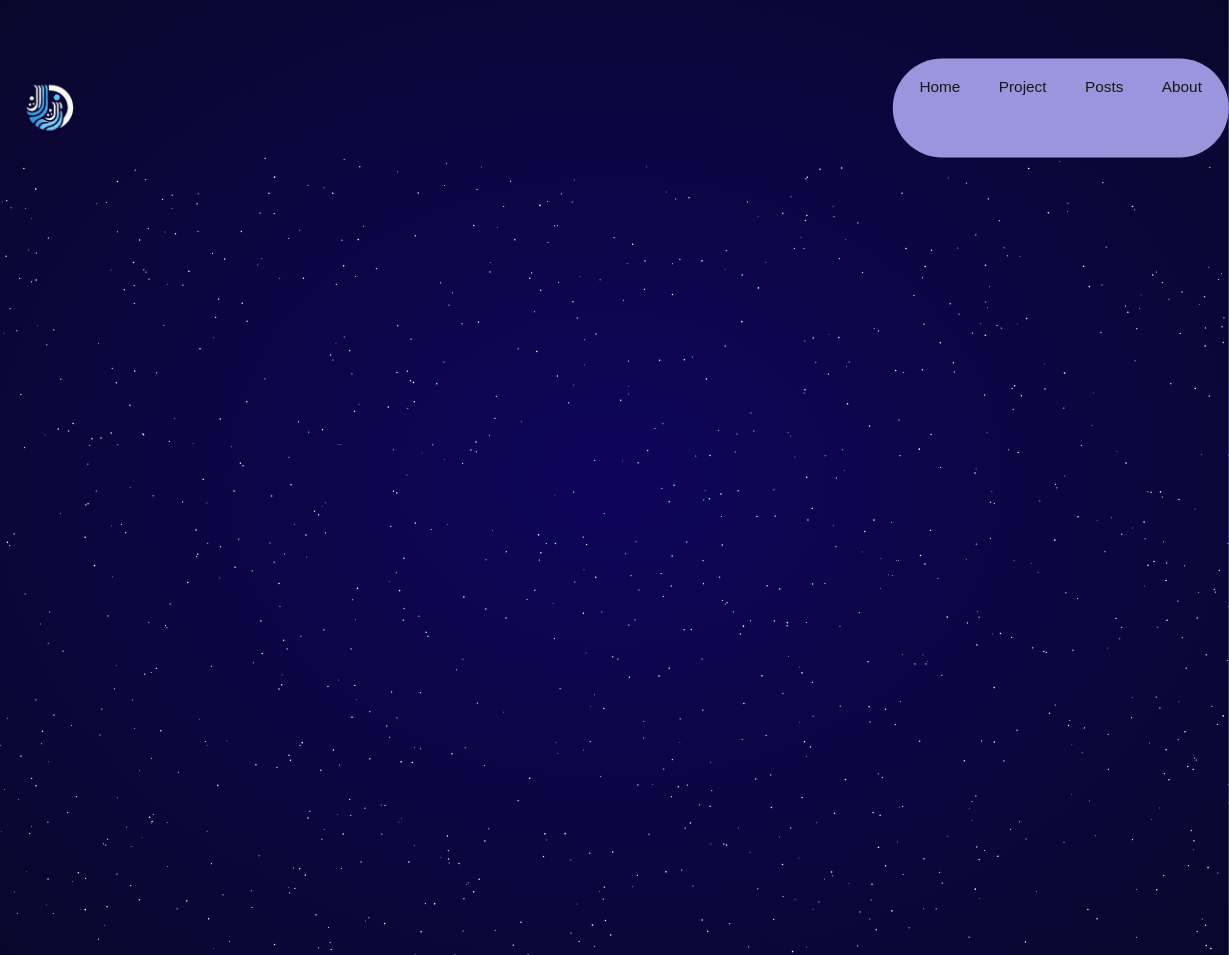
Repository: david-william19/david-william
Page: /
An editor plug-in stored every save of this project. The page is shown before and after a run of saves, followed by the edit.
The browser window is 1280 px wide. The pictures show the whole page, at 96% of full size.
The project was rebuilt for these pictures with package versions that can differ from the ones it lists, and the page was loaded fresh each time. The framework's server and built-in components were replaced by stand-ins that run in the browser. Also part of the build but not shown: next.config.js, next.config.ts, vite.config.ts.

Above is the page before, as saved 2024-10-26 22:49:54.

### src/app/layout.tsx
import type { Metadata } from "next";
import localFont from "next/font/local";
import "./globals.css";
import Image from "next/image";
import NavbarComponent from "@/components/navbar";

const geistSans = localFont({
  src: "./fonts/GeistVF.woff",
  variable: "--font-geist-sans",
  weight: "100 900",
});
const geistMono = localFont({
  src: "./fonts/GeistMonoVF.woff",
  variable: "--font-geist-mono",
  weight: "100 900",
});

export const metadata: Metadata = {
  title: "Create Next App",
  description: "Generated by create next app",
};

export default function RootLayout({
  children,
}: Readonly<{
  children: React.ReactNode;
}>) {
  return (
    <html lang="en">
      <body
        className={`${geistSans.variable} ${geistMono.variable} antialiased`}
      >
        <div className="w-full min-h-screen bg-radial-space">
          <NavbarComponent />
            <Image
                className="w-full"
                src={"/images/stars.svg"}
                alt="stars"
                width={1920}
                height={1080}
            />
            {children}
        </div>
      </body>
    </html>
  );
}

### src/app/(home)/layout.tsx
import type { Metadata } from "next";
import "./globals.css";
import NavbarComponent from "@/components/navbar";
import { Open_Sans } from "next/font/google";
import localFont from "next/font/local";
import ReactQueryProvider from "@/providers/ReactQueryProvider";
import SmoothScrollProvider from "@/providers/SmoothScrollProvider";
import React from "react";

export const metadata: Metadata = {
  title: "David's Portfolio",
  description: "front end developer who loves to code",
};

const openSans = Open_Sans({
  subsets: ['latin'],
  variable: "--font-sans"
})

const thunderFont = localFont({
  src: [
    {
      path: "./fonts/Thunder-ExtraBoldLC.woff",
      weight: "800",
      style: "normal",
    },
    {
      path: "./fonts/Thunder-LC.woff",
      weight: "400",
      style: "normal",
    },
    {
      path: "./fonts/Thunder-LightLC.woff",
      weight: "300",
      style: "normal",
    },
    {
      path: "./fonts/Thunder-MediumLC.woff",
      weight: "500",
      style: "normal",
    },
    {
      path: "./fonts/Thunder-SemiBoldLC.woff",
      weight: "600",
      style: "normal",
    }
  ],
  variable: "--font-thunder"
})

export default function RootLayout({
  children,
}: Readonly<{
  children: React.ReactNode;
}>) {
  return (
    <html lang="en">
      <head>
        <link rel="icon" href="/favicon.ico" sizes="any" />
      </head>
      <body
        className={`${openSans.variable} ${thunderFont.variable} antialiased`}
      >
        <div className="w-full bg-[#07131c] h-screen">
          <ReactQueryProvider>
            <SmoothScrollProvider>
            <React.Fragment>
            <NavbarComponent />
            {children}
            </React.Fragment>
            </SmoothScrollProvider>
          </ReactQueryProvider>
        </div>
      </body>
    </html>
  );
}

### src/app/(home)/(page)/page.tsx

export default function Page() {
    return (
        <div>
            Hello world
        </div>
    );
}

### src/components/navbar/index.tsx
import Image from "next/image";

export default function NavbarComponent() {
    return (
        <nav className="w-full lg:pt-[61px] flex justify-between">
            <Image
                alt="logo-david"
                src={"/images/logo-david.png"}
                width={103}
                height={103}
            />

            <ul className="rounded-full p-[8px] bg-[#9B95DE] flex list-none">
                <li className="px-5 py-2.5">
                    Home
                </li>
                <li className="px-5 py-2.5">
                    Project
                </li>
                <li className="px-5 py-2.5">
                    Posts
                </li>
                <li className="px-5 py-2.5">
                    About
                </li>
            </ul>
        </nav>
    )
}

### src/providers/ReactQueryProvider.tsx
"use client";

import { QueryClientProvider, QueryClient } from "react-query";
import { useState } from "react";

const ReactQueryProvider = ({ children }: { children: React.ReactNode }) => {
  const [queryClient] = useState(() => new QueryClient());

  return (
    <QueryClientProvider client={queryClient}>{children}</QueryClientProvider>
  );
};

export default ReactQueryProvider;

### src/providers/SmoothScrollProvider.tsx
import {ReactLenis} from "lenis/react"
import React from "react"

export default function SmoothScrollProvider({children} : {children: React.ReactElement})  {

    return (
        <ReactLenis root>
            {children}
        </ReactLenis>
    )
}

### tailwind.config.ts
import type { Config } from "tailwindcss";

const config: Config = {
  content: [
    "./src/pages/**/*.{js,ts,jsx,tsx,mdx}",
    "./src/components/**/*.{js,ts,jsx,tsx,mdx}",
    "./src/app/**/*.{js,ts,jsx,tsx,mdx}",
  ],
  theme: {
    extend: {
      colors: {
        background: "var(--background)",
        foreground: "var(--foreground)",
      },
      backgroundImage: {
        "radial-space": "radial-gradient(#0E055B 0%, #0A062B 100%)",
      },
    },
  },
  plugins: [],
};
export default config;

Loaded but not shown: src/app/globals.css (common file)

After the next 2 saves:
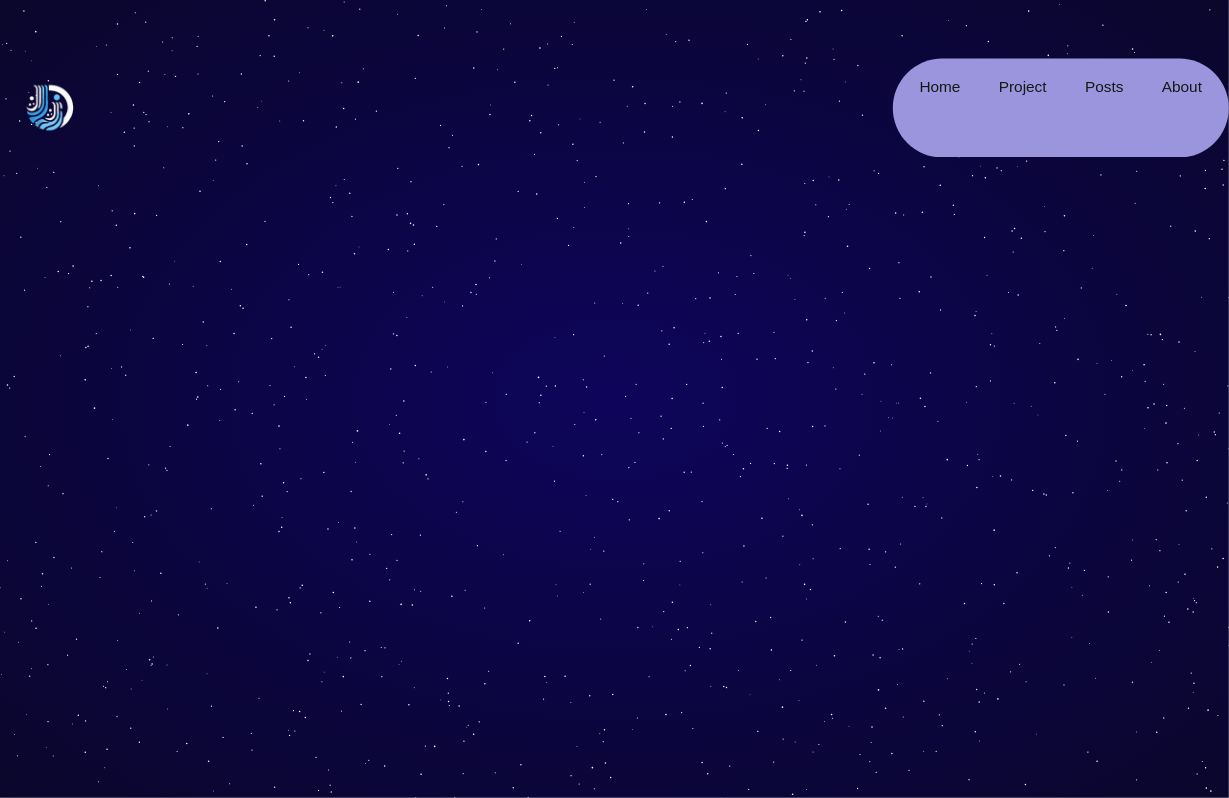
The 2 saves are shown as one change because they came seconds apart.
The last was saved 11 s later.
--- a/src/components/navbar/index.tsx
+++ b/src/components/navbar/index.tsx
@@ -2,7 +2,7 @@ import Image from "next/image";
 
 export default function NavbarComponent() {
     return (
-        <nav className="w-full lg:pt-[61px] flex justify-between">
+        <nav className="w-full lg:pt-[61px] flex justify-between fixed">
             <Image
                 alt="logo-david"
                 src={"/images/logo-david.png"}
